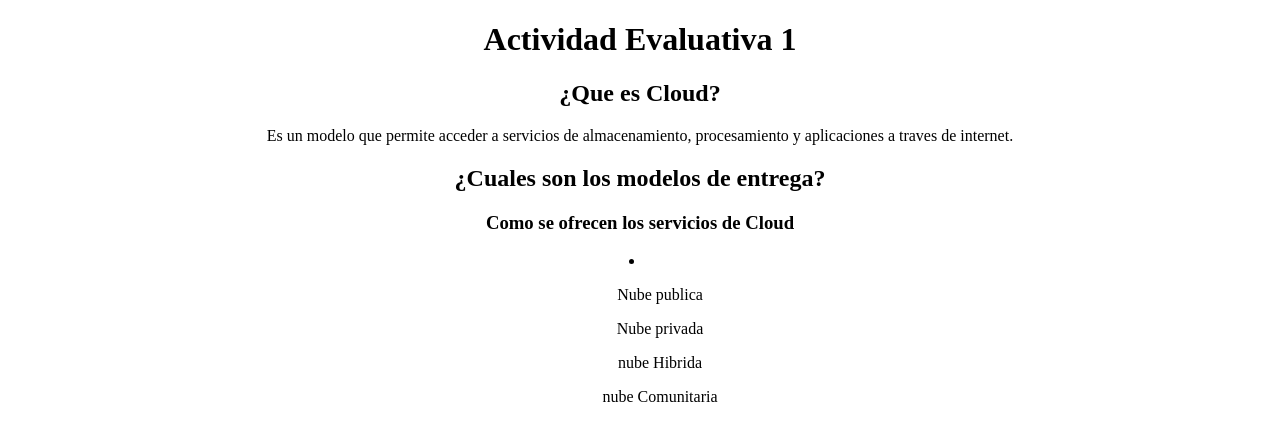
Repository: Laura-Oliveros/Actividad-Evaluativa-1
Page: LauSebas.html
An editor plug-in stored every save of this project. The page is shown before and after the next save, followed by the edit.
The browser window is 1280 px wide. The pictures show the whole page.

Above is the page before, as saved 2025-09-04 18:53:43.

### LauSebas.html
<!DOCTYPE html>
<html lang="en">
<head>
    <meta charset="UTF-8">
    <meta name="viewport" content="width=device-width, initial-scale=1.0">
    <title>Actividad Evaluativa 1</title>
</head>
<body>
    <div class="contenedor" style="text-align: center;">
        <h1>Actividad Evaluativa 1</h1>
        <h2>¿Que es Cloud?</h2>
        <p>Es un modelo que permite acceder a servicios de almacenamiento, procesamiento y aplicaciones a traves de internet.</p>
    </div>

    <div class="contenedor" style="text-align: center;">
        <h2>¿Cuales son los modelos de entrega?</h2>
        <h3>Como se ofrecen los servicios de Cloud </h3>
        <li>
            <ul>Nube publica</ul>
            <ul>Nube privada</ul>
            <ul>nube Hibrida</ul>
            <ul>nube Comunitaria</ul>
        </li>

</body>
</html>

After the next save:
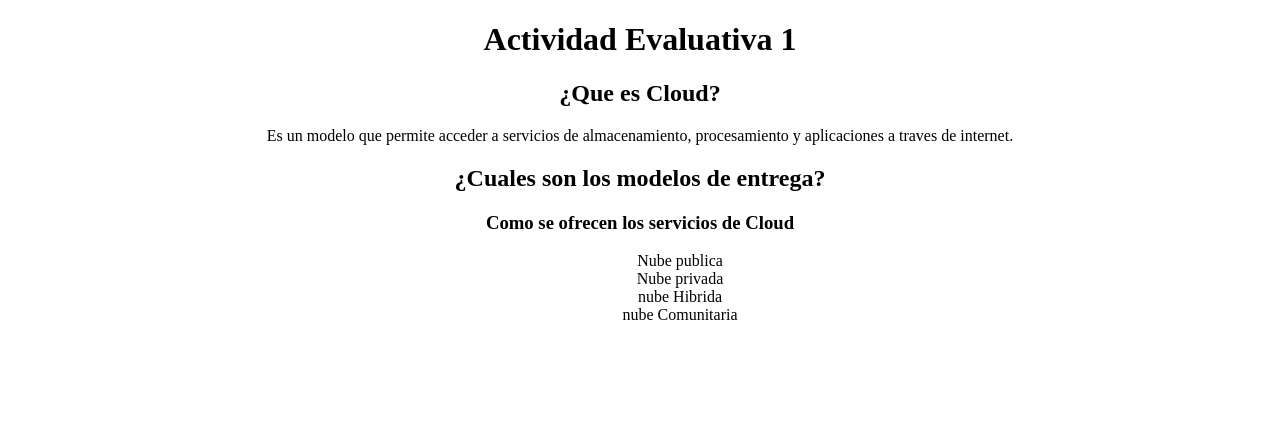
Saved 28 s later.
--- a/LauSebas.html
+++ b/LauSebas.html
@@ -15,12 +15,12 @@
     <div class="contenedor" style="text-align: center;">
         <h2>¿Cuales son los modelos de entrega?</h2>
         <h3>Como se ofrecen los servicios de Cloud </h3>
-        <li>
+        <ul>
             <ul>Nube publica</ul>
             <ul>Nube privada</ul>
             <ul>nube Hibrida</ul>
             <ul>nube Comunitaria</ul>
-        </li>
+        </ul>
 
 </body>
 </html>
